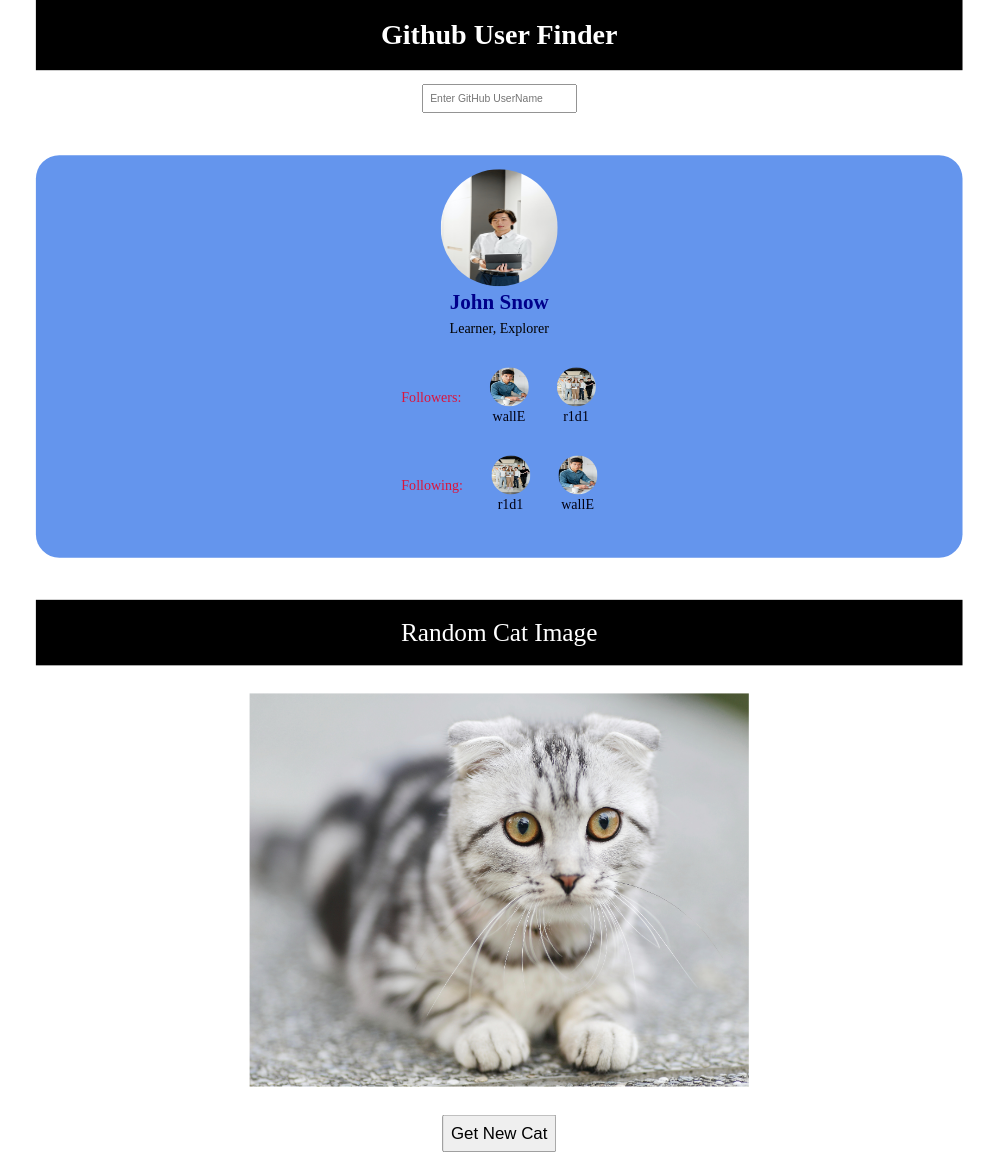
Repository: Ravindra-Shastri/TA-JS-asynchronous-js-TJaaao
Page: block-BJaajt/code/index.html
An editor plug-in stored every save of this project. The page is shown before and after a run of saves, followed by the edit.
The browser window is 1280 px wide. The pictures show the whole page, at 78% of full size.
The style sheet was rebuilt from its Sass, Less or Tailwind sources for each picture, by a compiler version that may differ from the author's.

Above is the page before, as saved 2021-10-07 10:31:39.

### block-BJaajt/code/index.html


<!DOCTYPE html>
<html lang="en">
<head>
    <meta charset="UTF-8">
    <meta http-equiv="X-UA-Compatible" content="IE=edge">
    <meta name="viewport" content="width=device-width, initial-scale=1.0">
    <title>Assignment: Fetching Data</title>
    <link rel="stylesheet" href="./assets/style.css">

</head>
<body>
    <h1>Github User Finder</h1>
    <div class="input-box">
        <input type="text" placeholder="Enter GitHub UserName">
    </div>

    <section class="user-card">
        <div class="user-details">
            <img src="./assets/pic1.jpg" alt="Pic-1" class="avatar">
            <h3 class="user-name">John Snow</h3>
            <p class="bio">Learner, Explorer</p>
        </div>
        <ul>
            <li class="followers-count">
                Followers:
                <div>
                    <img src="./assets/pic2.jpg" alt="Pic-2">
                    <p>wallE</p>
                </div>
                <div>
                    <img src="./assets/pic3.jpg" alt="Pic-3">
                    <p>r1d1</p>
                </div>

            </li>

            <li class="following">
                Following:
                <div>
                    <img src="./assets/pic3.jpg" alt="Pic-3">
                    <p>r1d1</p>
                </div>
                <div>
                    <img src="./assets/pic2.jpg" alt="Pic-2">
                    <p>wallE</p>
                </div>

            </li>
        </ul>

    </section>


    <section class="cat-section">
         <h2>Random Cat Image</h2>
        <div class="cat-image-container">
            <img src="./assets/cat1.jpg" alt="cat-image" class="cat-image">
        </div>
        <button>Get New Cat</button>
    </section>

    <script src="./index.js"></script>
</body>
</html>

### block-BJaajt/code/index.js
const input = document.querySelector("input");
const avatar = document.querySelector(".avatar");
const userName = document.querySelector(".user-name");
const bio = document.querySelector(".bio");
const followerUser = document.querySelector(".followers-count");
const followingUser = document.querySelector(".following");


function handleChange (event) {
    if (event.keyCode === 13 && input.value) {
        let user =  event.target.value;
        let xhr = new XMLHttpRequest();

xhr.open('GET', `https://api.github.com/users/${user}`);

xhr.onload = function () {
    let userData = JSON.parse(xhr.response);
    avatar.src = userData.avatar_url;
    userName.innerText = userData.name;
    bio.innerText = userData.bio;
}
xhr.onerror = function () {
    console.error("Something Went Wrong");
};
xhr.send();

let followers = new XMLHttpRequest();

followers.open('GET', `https://api.github.com/users/${user}/followers`);

followers.onload = function () {
    let followersData = JSON.parse(followers.response);
    followerUser.innerHTML = "Followers: ";
    followersData.forEach((element, index) => {
        if (index <= 5) {
            let followerAvatar = document.createElement("img");
            followerAvatar.src = element.avatar_url;
            let followerName = document.createElement("p");
            followerName.innerText = element.login;
            let followerInfo = document.createElement("div");
            followerInfo.append(followerAvatar, followerName);
            followerUser.append(followerInfo);
        }
    });
}
followers.send();

let following = new XMLHttpRequest();

following.open('GET', `https://api.github.com/users/${user}/following`);

following.onload = function () {
    let followingData = JSON.parse(following.response);
    followingUser.innerHTML = "Following: ";
    followingData.forEach((element, index) => {
        if (index <= 5) {
            let followingAvatar = document.createElement("img");
            followingAvatar.src = element.avatar_url;
            let followingName = document.createElement("p");
            followingName.innerText = element.login;
            let followingInfo = document.createElement("div");
            followingInfo.append(followingAvatar, followingName);
            followingUser.append(followingInfo);
        }
    });
}
following.send();
        event.target.value = "";
    }

}

input.addEventListener("keyup", handleChange);


let button = document.querySelector("button");
let catImage = document.querySelector(".cat-image");

button.addEventListener('click', function() {
    let catApi = new XMLHttpRequest();
    catApi.open("GET", "https://api.thecatapi.com/v1/images/search?limit=1&size=full");

    catApi.onload = function () {

        let catData = JSON.parse(catApi.response);
        catImage.src = catData[0].url;
    }
    catApi.send();
});

### block-BJaajt/code/assets/style.scss
@import "reset";


html {
    font-size: 18px;
}
body {
    line-height: 1.5;
    background: a;
}

h1 {
    font-size: 2rem;
    background: black;
    color: #fff;
    font-weight: 700;
    text-align: center;
    padding: 1rem;
    width: 90%;
    margin: auto auto;
}
.input-box {
    margin: 1rem auto;
    display: flex;
    align-items: center;
    justify-content: center;
    input {
        display: inline-block;
        padding: .5rem;
    }
}

.user-card {
    display: flex;
    flex-direction: column;
    width: 90%;
    margin: 3rem auto;
    padding: 1rem;
    align-items: center;
    background: cornflowerblue;
    border-radius: 30px;
}
.user-details {
    display: flex;
    flex-direction: column;
    align-items: center;
    margin-bottom: 2rem;
    h3 {
        font-size: 1.5rem;
        font-weight: 600;
        color: darkblue;
    }
}


.avatar {
        width: 150px;
        height: 150px;
        border-radius: 50%;
}

.followers-count, .following{
    display: flex;
    width: 100%;
    justify-content: flex-start;
    gap: 2rem;
    margin-bottom: 2rem;
    align-items: center;
    color: crimson;
    div {
        display: flex;
        flex-direction: column;
        align-items: center;
        color: rgb(1, 1, 17);
    }
    img {
        width: 50px;
        height: 50px;
        border-radius: 50%;
    }
}


// CAT Styles
.cat-section {
    display: flex;
    flex-direction: column;
    align-items: center;
    h2 {
        font-size: 1.8rem;
        background: black;
        width: 90%;
        color: #fff;
        text-align: center;
        padding: 1rem;
    }
    button {
        display: inline-block;
        padding: .5rem;
        font-size: 1.2rem;
        margin-bottom: 1rem;
        cursor: pointer;
    }
}

.cat-image-container {
    display: flex;
    width: 50%;
    height: 70vh;
    margin: 2rem auto;
    img {
        width: 100%;
    }
}

Loaded but not shown: block-BJaajt/code/assets/_reset.scss (common file)

After the next 2 saves:
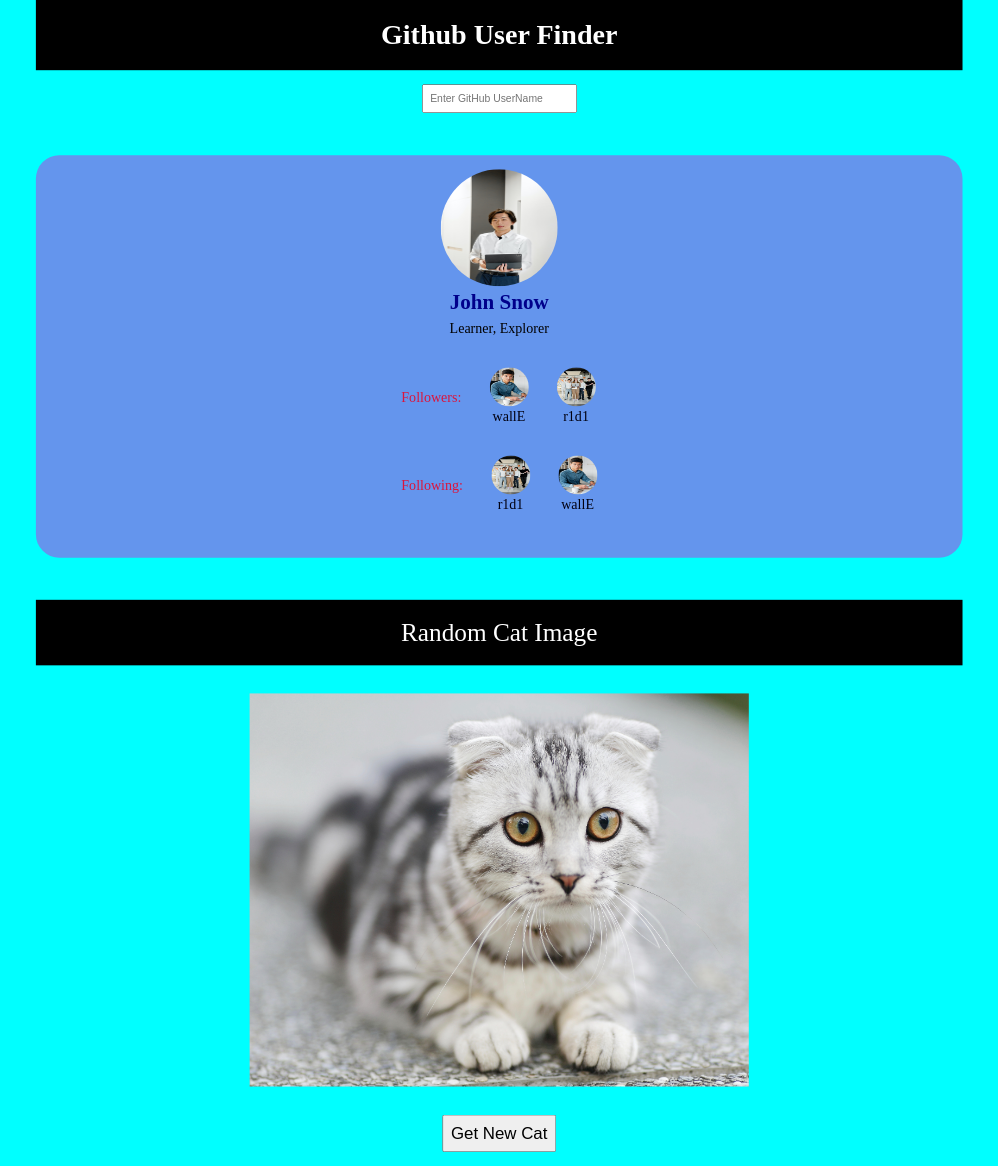
The 2 saves are shown as one change because they came seconds apart.
The last was saved 6 s later.
--- a/block-BJaajt/code/assets/style.scss
+++ b/block-BJaajt/code/assets/style.scss
@@ -6,7 +6,7 @@ html {
 }
 body {
     line-height: 1.5;
-    background: a;
+    background: aqua;
 }
 
 h1 {
